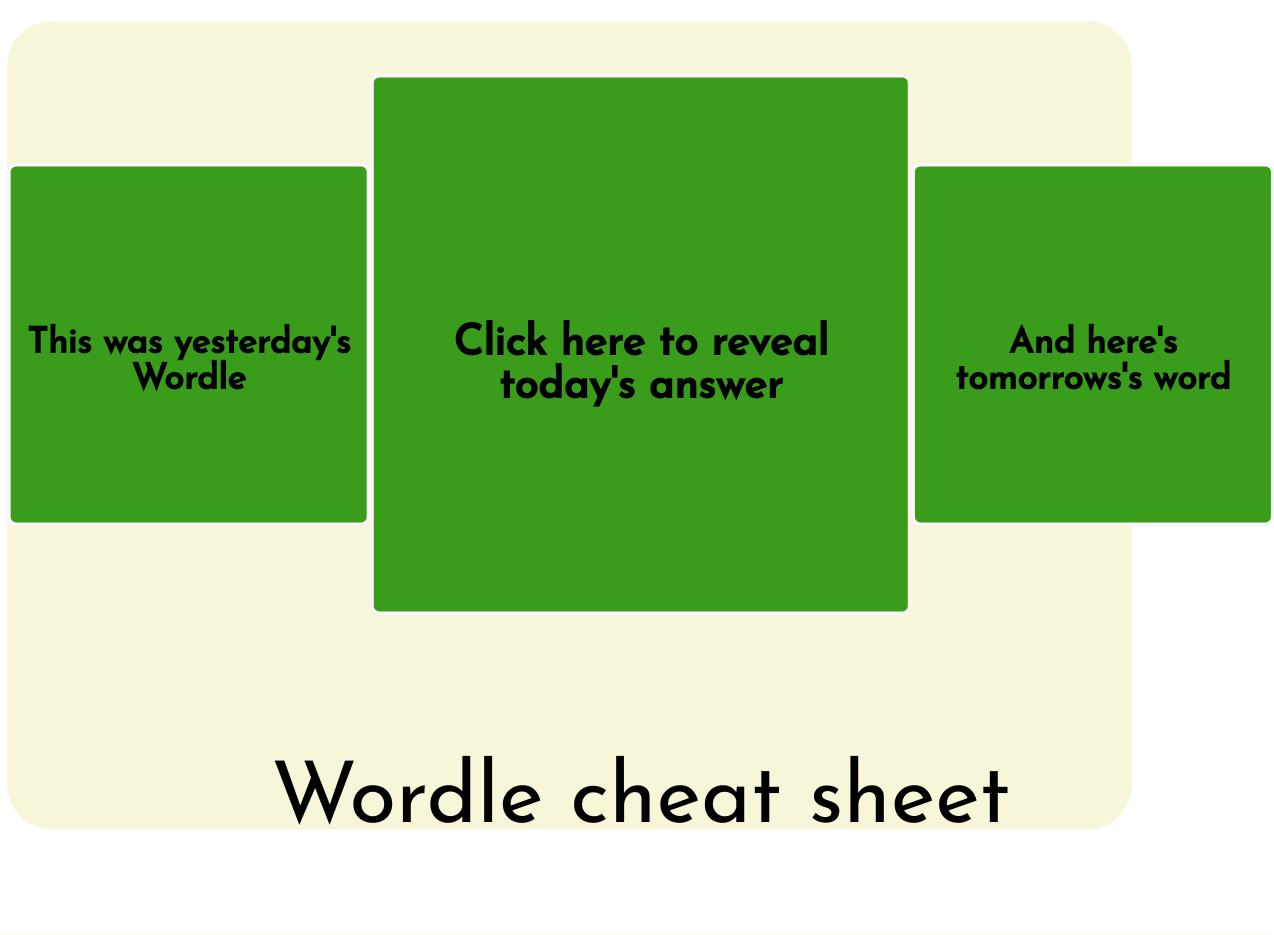
Repository: enoripl/tomorrows-wordle
Page: index.html
An editor plug-in stored every save of this project. The page is shown before and after the next save, followed by the edit.
The browser window is 1280 px wide. The page is 1432 px wide, so the pictures cover 1432 px, including what lies to the right of the window. The pictures show the whole page, at 89% of full size.

Above is the page before, as saved 2022-02-09 19:34:18.

After the next save:
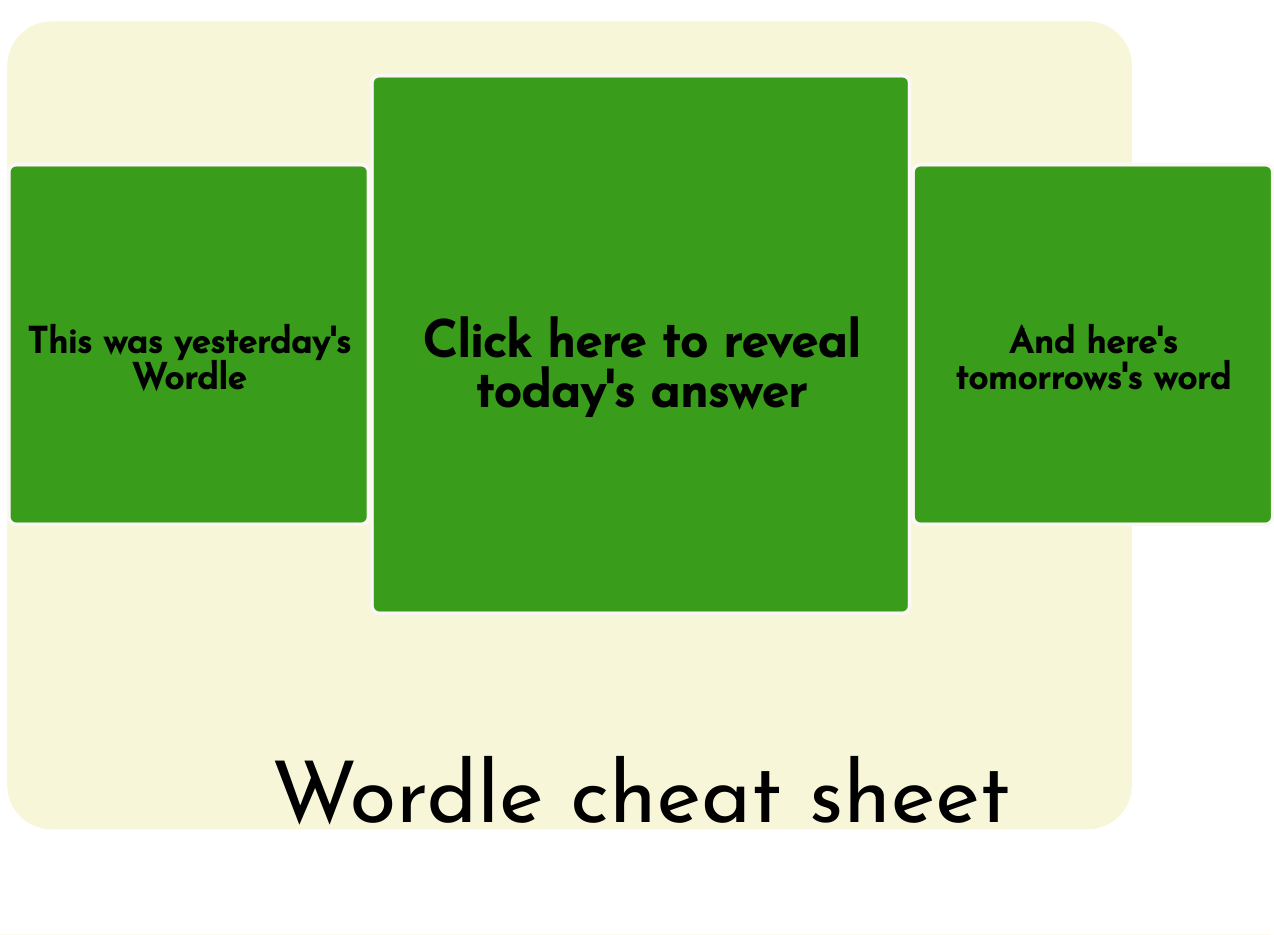
Saved 7 s later.
--- a/styles.css
+++ b/styles.css
@@ -41,7 +41,7 @@
 #todays-btn {
   height: 600px;
   width: 600px;
-  font-size: 3rem;
+  font-size: 3.5rem;
 }
 
 .answer-text {
